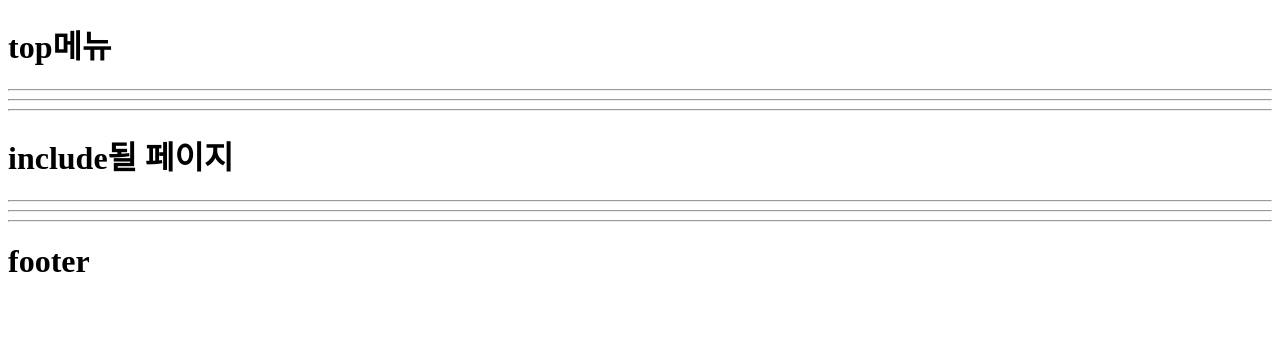
Repository: sonic247897/multicampus-sts
Page: http://localhost/firstPro/jsptest/mainPage.jsp
The author's editor kept a copy of each file at every save. The page is drawn from the files as they stood at one save, then again after the next save.
The browser window is 1280 px wide. The pictures show the whole page.
The page is served by Tomcat 9. Other server files are loaded and not shown.

Above is the page before, as saved 2020-01-29 06:33:09.

### firstPro/src/main/webapp/jsptest/mainPage.jsp
<%@ page language="java" contentType="text/html; charset=UTF-8"
    pageEncoding="UTF-8"%>
<!DOCTYPE html>
<html>
<head>
<meta charset="UTF-8">
<title>Insert title here</title>
</head>
<body>
	<h1>top메뉴</h1>
	<jsp:include page="subPage.jsp"/>

	<h1>footer</h1>
</body>
</html>

### firstPro/src/main/webapp/jsptest/subPage.jsp
<%@ page language="java" contentType="text/html; charset=UTF-8"
    pageEncoding="UTF-8"%>
<!DOCTYPE html>
<html>
<head>
<meta charset="UTF-8">
<title>Insert title here</title>
</head>
<body>
	<hr/><hr/><hr/>
	<h1>include될 페이지</h1>
	<hr/><hr/><hr/>
</body>
</html>

After the next save:
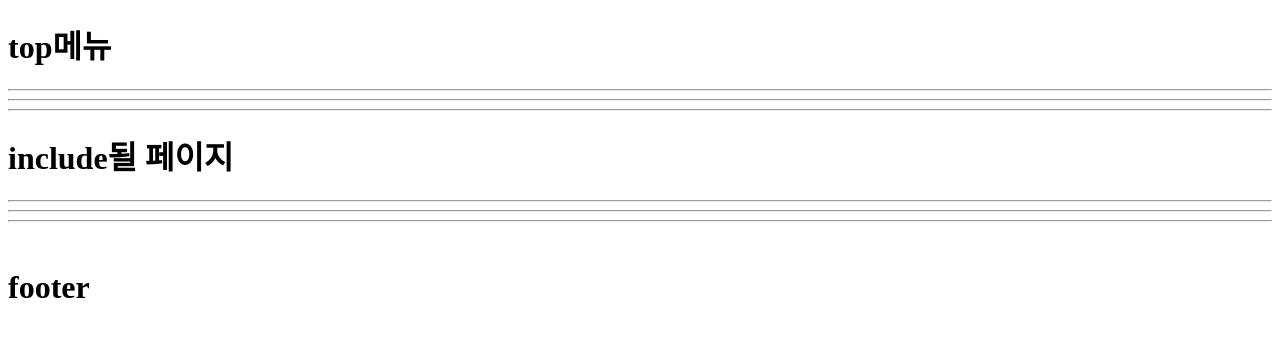
Saved 13 s later.
--- a/firstPro/src/main/webapp/jsptest/mainPage.jsp
+++ b/firstPro/src/main/webapp/jsptest/mainPage.jsp
@@ -9,7 +9,9 @@
 <body>
 	<h1>top메뉴</h1>
 	<jsp:include page="subPage.jsp"/>
+	<br/>
 
 	<h1>footer</h1>
+
 </body>
 </html>
